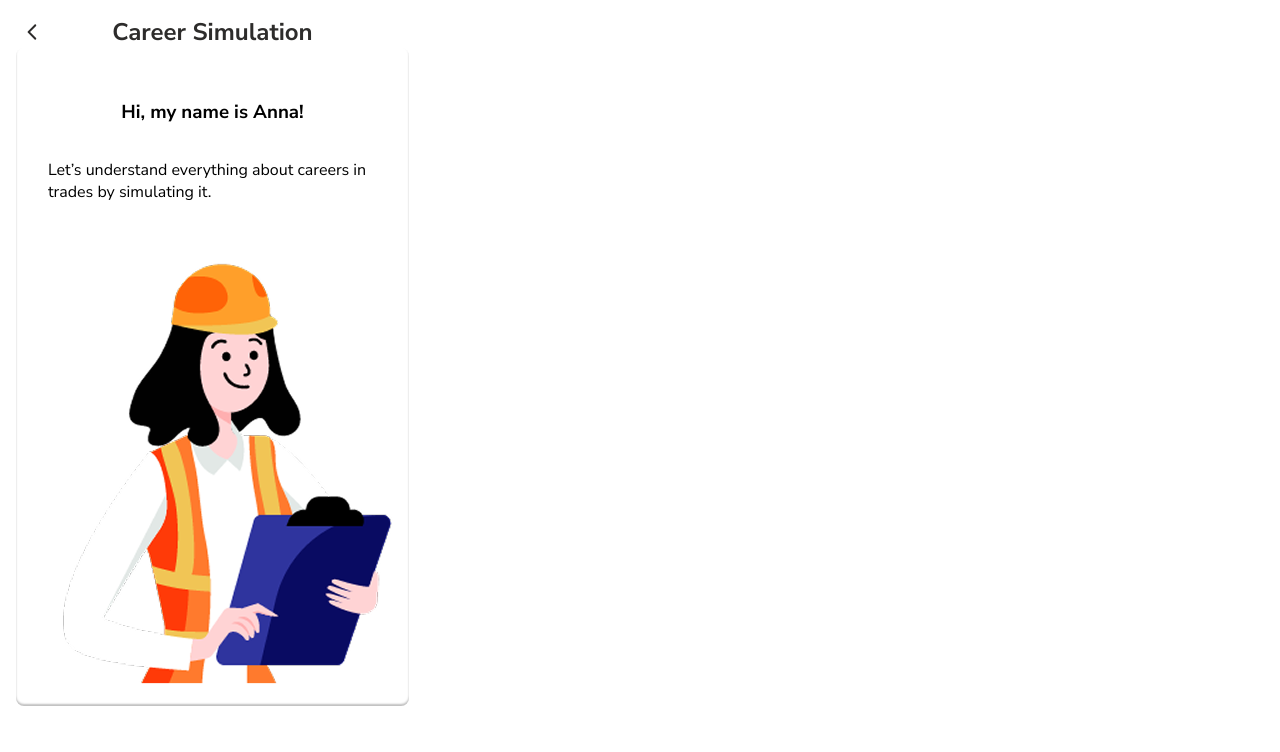
Repository: daniel-liu01/week10books
Page: /
The author's editor kept a copy of each file at every save. The page is drawn from the files as they stood at one save, then again after the next save.
The browser window is 1280 px wide. The pictures show the whole page.
The project was rebuilt for these pictures with package versions that can differ from the ones it lists, and the page was loaded fresh each time. Also part of the build but not shown: vite.config.js, vite.config.ts, src/App.css.

Above is the page before, as saved 2025-10-17 18:00:08.

After the next save:
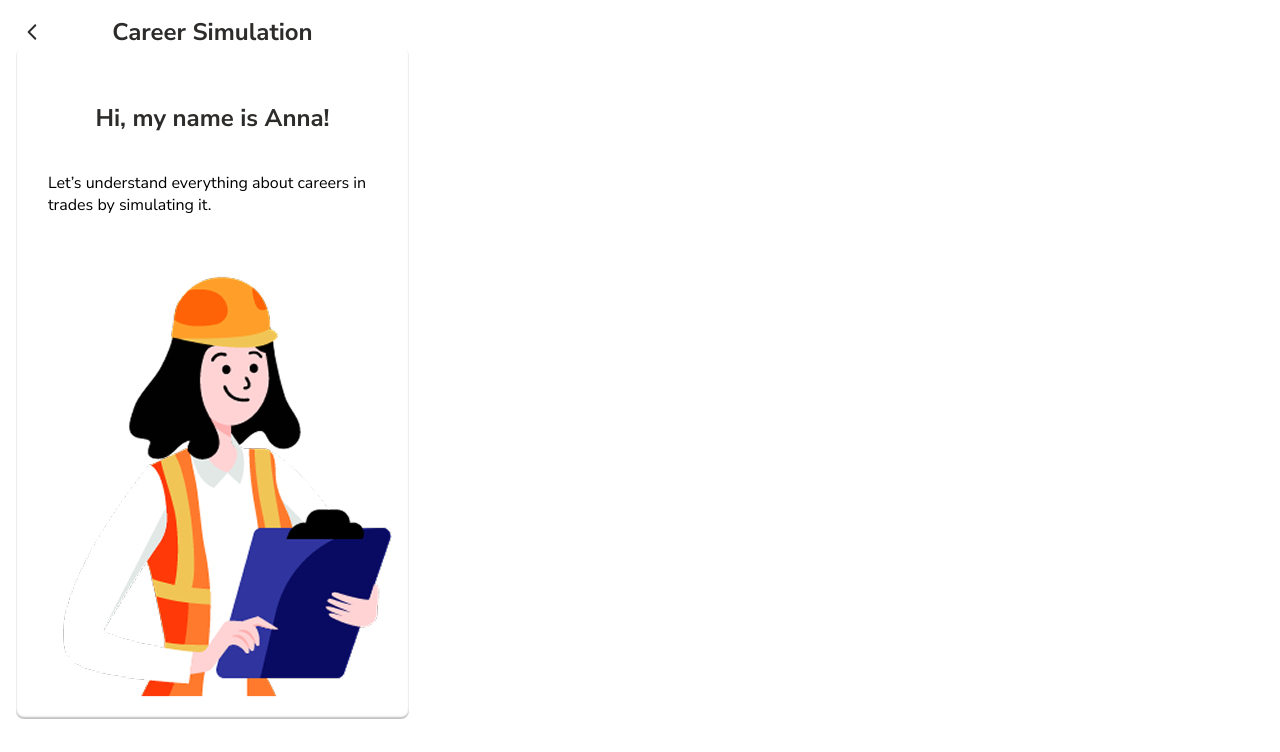
Saved 13 s later.
--- a/components/Card/Card.module.css
+++ b/components/Card/Card.module.css
@@ -22,6 +22,14 @@
 }
 
 .title {
+    color: var(--Forge---Hi-Fi-Black-black-500, #2d2c2b);
+    text-align: center;
+    /* Forge - HiFi/Heading 2 HiFi 24px */
+    font-family: "Nunito Sans";
+    font-size: 24px;
+    font-style: normal;
+    font-weight: 700;
+    line-height: 28px; /* 116.667% */
 }
 
 .description {
